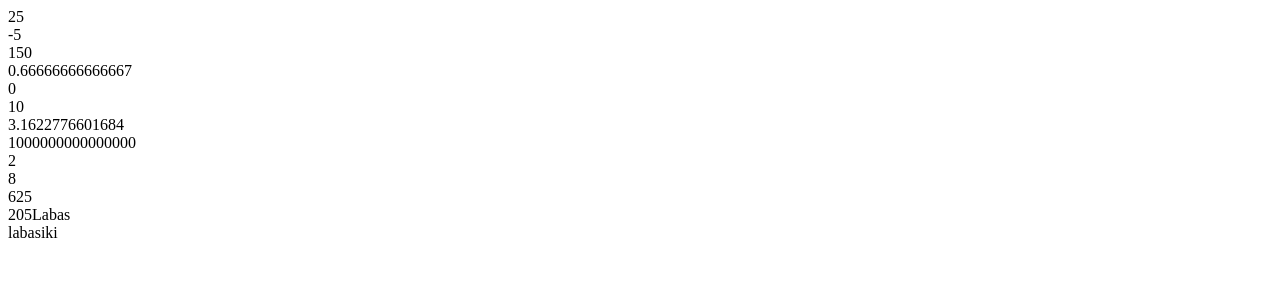
Repository: motiejus1/02-paskaita-PHP-05.31
Page: http://localhost/
These files come from the project's save history. The page is drawn as it stood at one moment and after a run of saves; the edit follows.
The browser window is 1280 px wide. The pictures show the whole page.
The page is run by PHP 8.4 with error messages shown; the project is at /var/www/html/.

Above is the page before, as saved 2021-07-23 18:50:34.

### index.php
<!DOCTYPE html>
<html lang="en">
<head>
    <meta charset="UTF-8">
    <meta http-equiv="X-UA-Compatible" content="IE=edge">
    <meta name="viewport" content="width=device-width, initial-scale=1.0">
    <title>02-paskaita</title>
</head>
<body>
    <?php
    //Operatoriai ir matematiniai veiksmai
    $sk1 = 10;
    $sk2 = 15;

    //Suma
    $suma = $sk1 + $sk2;
    echo $suma;

    //Atimtis
    $atimtis = $sk1 - $sk2;
    echo "<br>";
    echo $atimtis;

    //Daugyba
    $daugyba = $sk1 * $sk2;
    echo "<br>";
    echo $daugyba;

    //Dvi dalybas: paprasta dalyba ir liekana
    $dalyba = $sk1 / $sk2; // 10/15 = 0.666666666
    echo "<br>";
    echo $dalyba;
    // grazintu tiktai sveikaja dali
    $dalybosSveikojiDalis = intval($dalyba); // 10/15 = 0
    echo "<br>";
    echo $dalybosSveikojiDalis;

    //Liekana
    $liekana = $sk1 % $sk2; // 10 % 15 = 10
    echo "<br>";
    echo $liekana;

    //kvadratine saknis
    $saknis = sqrt($sk1);// 10 //Math.sqrt
    echo "<br>";
    echo $saknis;

    //kelimas laipsniu
    $laipsnis = $sk1 ** $sk2; // 10^15
    echo "<br>";
    echo $laipsnis;

    //bet kokio laipsnio saknis
    // 4 laipsnio sakni
    $sk1 = 16;
    $ntojisaknis = $sk1 ** (1/4); // 2
    echo "<br>";
    echo $ntojisaknis;

    //pow - deprecated

    $veiksmas = 2 * (2 + 2); //6 -> 8
    echo "<br>";
    echo $veiksmas;

    //kelimas 4 laipsniu
    $ketvirtaslaipsnis = 5 ** 4;
    echo "<br>";
    echo $ketvirtaslaipsnis;
    ?>

    <?php
    //Tekstas + skaicius;
    $skaicius = 205;
    $tekstas = "Labas";

    $suma = $skaicius . $tekstas;

    echo "<br>";
    echo $suma;


    //negalimas

    // $atimtis = $skaicius - $tekstas;

    // echo "<br>";
    // echo $atimtis;

    $tekstas1 = "labas";
    $tekstas2 = "iki";

    $sujunk = $tekstas1 . $tekstas2;
    echo "<br>";
    echo  $sujunk;
    ?>

    <?php
    $a = 2;
    $b = 5;
    $a = $b; //$a ? 5

    //sutrumpinimai
    $a += $b; // $a = $a + $b //10
    $a -= $b; // $a = $a - $b //5
    $a *= $b; // $a = $a * $b // 25
    $a /= $b; // $a = $a / $b // 5
    $a %= $b; // $a = $a % $b // 0

    // i++;
    $a++; //1
    $b--; //4
    ?>

    <?php
    //salygos sakinys

    $ska = 5;
    $skb = 12;

    // jeigu ska > skb, atvaizduoti siu skaiciu suma, kitu atveju atvaizduoti siu skaiciu
    //sandauga
    if($ska > $skb) {

    }

    ?>
</body>
</html>

After the next 3 saves:
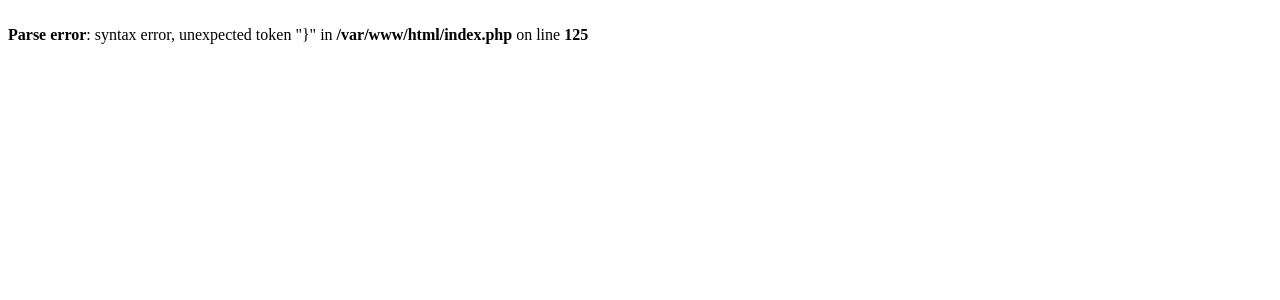
The 3 saves are shown as one change because they came seconds apart.
The last was saved 10 s later.
--- a/index.php
+++ b/index.php
@@ -121,7 +121,7 @@
     // jeigu ska > skb, atvaizduoti siu skaiciu suma, kitu atveju atvaizduoti siu skaiciu
     //sandauga
     if($ska > $skb) {
-
+        $suma = $ska +
     }
 
     ?>

After the save that followed:
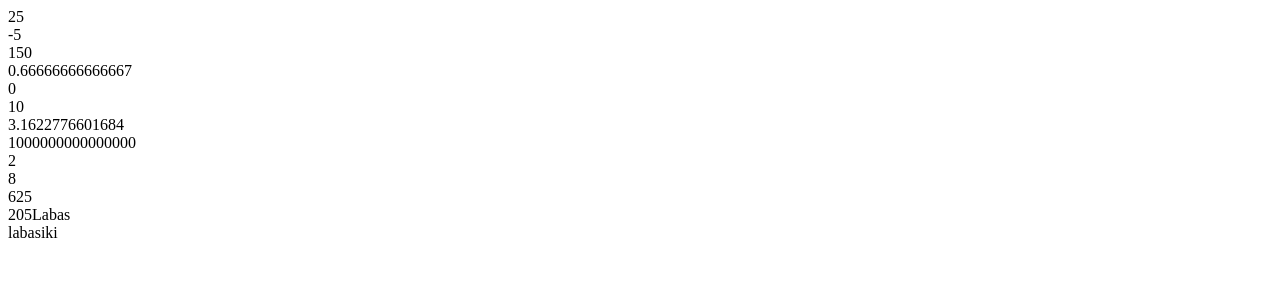
Saved 4 s later.
--- a/index.php
+++ b/index.php
@@ -121,7 +121,7 @@
     // jeigu ska > skb, atvaizduoti siu skaiciu suma, kitu atveju atvaizduoti siu skaiciu
     //sandauga
     if($ska > $skb) {
-        $suma = $ska +
+        $suma = $ska + $skb;
     }
 
     ?>
